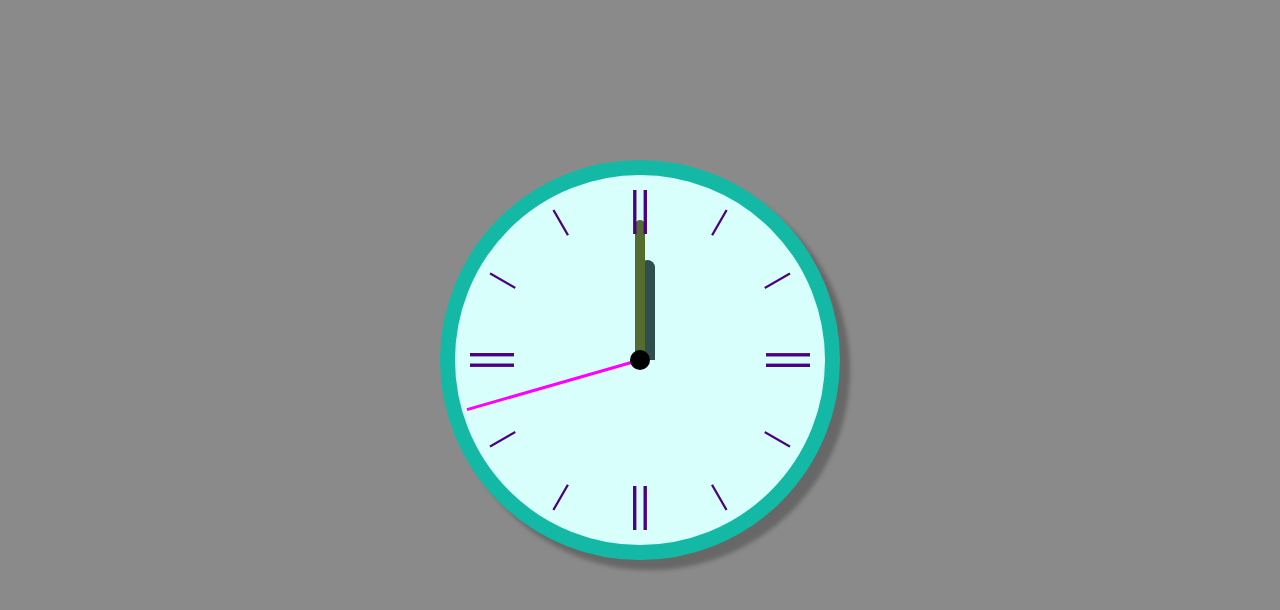
Repository: ChenWarren/web-clock
Page: index.html
An editor plug-in stored every save of this project. The page is shown before and after the next save, followed by the edit.
The browser window is 1280 px wide. The pictures show the whole page.

Above is the page before, as saved 2021-03-19 10:02:03.

### index.html
<!DOCTYPE html>
<html lang="en">
<head>
    <meta charset="UTF-8">
    <meta http-equiv="X-UA-Compatible" content="IE=edge">
    <meta name="viewport" content="width=device-width, initial-scale=1.0">
    <link rel="stylesheet" href="main.css">
    <title>Clock</title>
</head>
<body>
    <main class="clock">
        <!-- hour, minute, second handle and center cot -->
        <div class="hour"></div>
        <div class="minute"></div>
        <div class="second"></div>
        <div class="center_dot"></div>

        <!-- time marks on clock -->
        <div class="number dot_1">
            <h4>|</h4>
        </div>
        <div class="number dot_2">
            <h4>|</h4>
        </div>
        <div class="number dot_3">
            <h2>||</h2>
        </div>
        <div class="number dot_4">
            <h4>|</h4>
        </div>
        <div class="number dot_5">
            <h4>|</h4>
        </div>
        <div class="number dot_6">
            <h2>||</h2>
        </div>
        <div class="number dot_7">
            <h4>|</h4>
        </div>
        <div class="number dot_8">
            <h4>|</h4>
        </div>
        <div class="number dot_9">
            <h2>||</h2>
        </div>
        <div class="number dot_10">
            <h4>|</h4>
        </div>
        <div class="number dot_11">
            <h4>|</h4>
        </div>
        <div class="number dot_12">
            <h2>||</h2>
        </div>
    </main>

    <script src="clock.js"></script>

</body>
</html>

### main.css
* {
    margin: 0;
    padding: 0;
    box-sizing: border-box;
}

body {
    background-color: rgb(138, 138, 138);
    display: flex;
    justify-content: center;
    align-items: center;
    width: 100vw;
    height: 100vh;
    overflow: hidden;
}

.clock {
    width: 400px;
    height: 400px;
    border-radius: 50%;
    background: #d8fffb;
    border: 15px solid #14B9A5;
    box-sizing: border-box;
    box-shadow: 10px 10px 4px rgba(0, 0, 0, 0.25);
    position: relative;
}

.hour {
    --rotation: 30deg;
    width: 15px;
    height: 100px;
    background-color:  darkslategray;
    position: absolute;
    left: 50%;
    bottom: 50%;
    transform: translateX(-50%) rotate(var(--rotation));
    transform-origin: center bottom;
    border-top-left-radius: 10px;
    border-top-right-radius: 10px;
}

.minute {
    width: 10px;
    height: 140px;
    background-color:darkolivegreen;
    position: absolute;
    left: 50%;
    bottom: 50%;
    transform: translateX(-50%);
    border-top-left-radius: 5px;
    border-top-right-radius: 5px;
}

.second {
    width: 3px;
    height: 180px;
    background-color: fuchsia;
    position: absolute;
    left: 50%;
    bottom: 50%;
    transform: translateX(-50%) rotate(254deg);
    transform-origin: center bottom;
}

.center_dot {
    background-color: #000;
    width: 20px;
    height: 20px;
    border-radius: 50%;
    position: absolute;
    left: 50%;
    bottom: 50%;
    transform: translate(-50%, 50%);
}

.number {
    display: flex;
    height: 370px;
    width: 370px;
    padding-top: 5px;
    justify-content: center;
    color: indigo;
    position: absolute;
    font-size: 2rem;
}

.dot_1 {
    transform: rotate(30deg);
}

.dot_2 {
    transform: rotate(60deg);
}

.dot_3 {
    transform: rotate(90deg);
}

.dot_4 {
    transform: rotate(120deg);
}

.dot_5 {
    transform: rotate(150deg);
}

.dot_6 {
    transform: rotate(180deg);
}

.dot_7 {
    transform: rotate(210deg);
}

.dot_8 {
    transform: rotate(240deg);
}

.dot_9 {
    transform: rotate(270deg);
}

.dot_10 {
    transform: rotate(300deg);
}

.dot_11 {
    transform: rotate(330deg);
}

### clock.js
// setInterval(setClock, 1000)

function setClock()
{
    let date = new Date()
    let hourRetio = date.getHours()/12
    let minuteRetio = date.getMinutes()/60
    let secondRetio = date.getSeconds()/60

    let hour = document.getElementsByClassName('hour')[0]
    let minute = document.getElementsByClassName('minute')[0]
    let second = document.getElementsByClassName('second')[0]

    hour.style.setProperty('--rotation', hour*360 + 'deg')

    console.log(hour)
}

setClock()

After the next save:
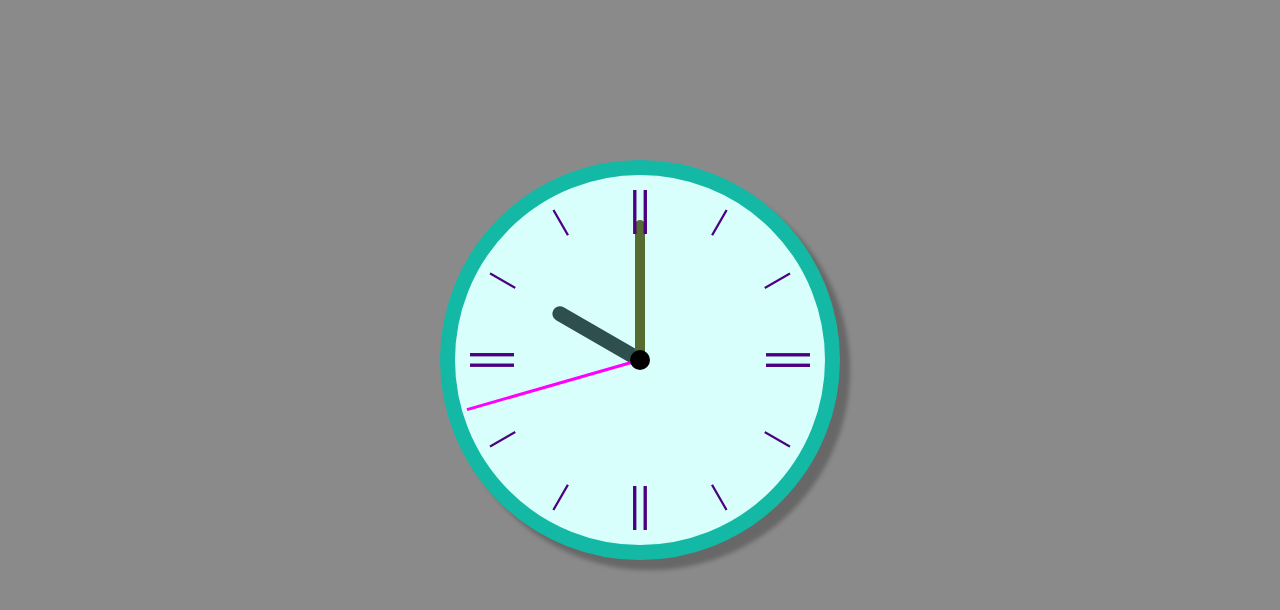
Saved 14 s later.
--- a/clock.js
+++ b/clock.js
@@ -11,7 +11,7 @@ function setClock()
     let minute = document.getElementsByClassName('minute')[0]
     let second = document.getElementsByClassName('second')[0]
 
-    hour.style.setProperty('--rotation', hour*360 + 'deg')
+    hour.style.setProperty('--rotation', hourRetio*360 + 'deg')
 
     console.log(hour)
 }
